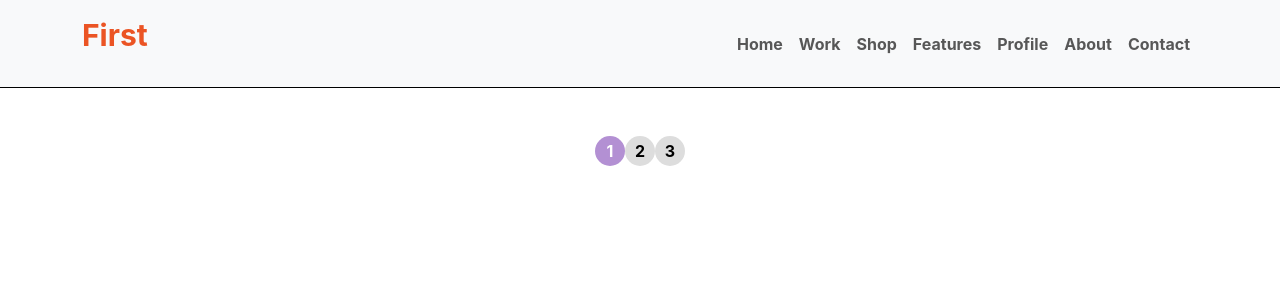
Repository: Hager-h/temple
Page: /contact
An editor plug-in stored every save of this project. The page is shown before and after the next save, followed by the edit.
The browser window is 1280 px wide. The pictures show the whole page.
The project was rebuilt for these pictures with package versions that can differ from the ones it lists, and the page was loaded fresh each time. Also part of the build but not shown: src/components/work/work.css, src/components/hook/Hook.js, src/components/work/Work.js, src/components/hook2/Hook2.js, src/components/portfolio/Portfolio.js, src/components/footer/Footer.js, src/components/social/Social.js, src/components/about/About.js and 10 more.

Above is the page before, as saved 2023-07-19 15:27:44.

After the next save:
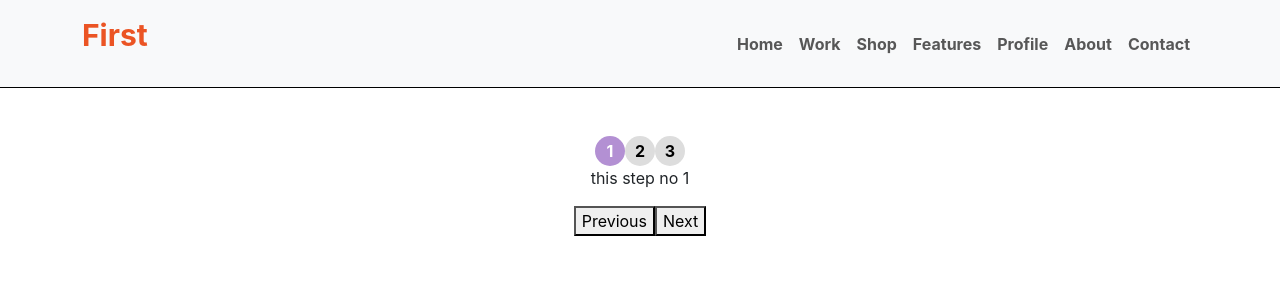
Saved 2 min 20 s later.
--- a/src/components/contact/index.js
+++ b/src/components/contact/index.js
@@ -10,7 +10,11 @@ export default function Contact() {
       <button className="circle">3</button>
 
         </div>
-
+        <p> this step no 1</p>
+        <div className="btns">
+          <button>Previous</button>
+          <button>Next</button>
+        </div>
       </div>
 
 
